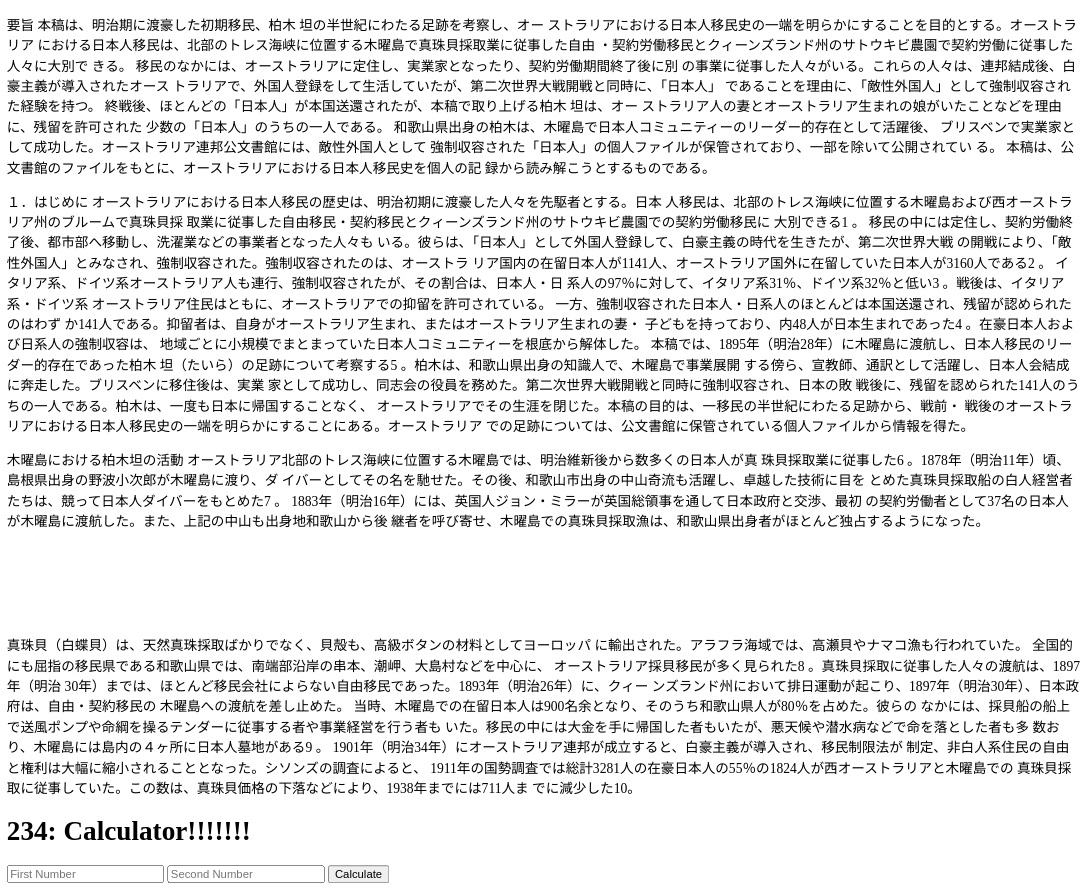
Repository: yoriss67/Folder-The-Complete-2023Web-Development-Bootcamp
Page: Calculator/index.html
The author's editor kept a copy of each file at every save. The page is drawn from the files as they stood at one save, then again after the next save.
The browser window is 1280 px wide. The pictures show the whole page, at 85% of full size.

Above is the page before, as saved 2022-12-22 15:56:32.

After the next save:
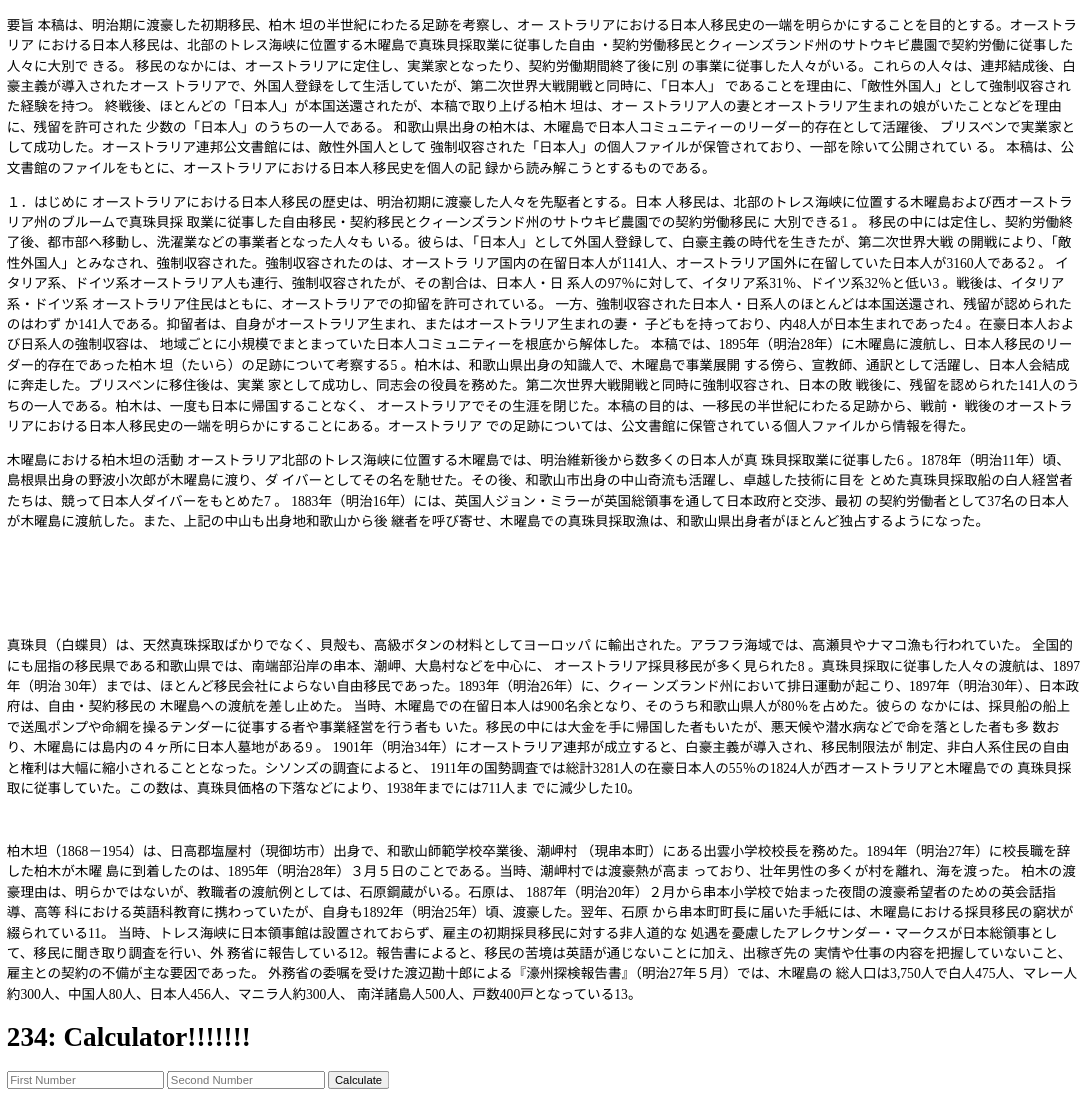
Saved 4 s later.
--- a/Calculator/index.html
+++ b/Calculator/index.html
@@ -96,7 +96,22 @@
         真珠貝採取に従事していた。この数は、真珠貝価格の下落などにより、1938年までには711人ま
         でに減少した10。 </p>
 
-
+        <br>
+        <p>柏木坦（1868－1954）は、日高郡塩屋村（現御坊市）出身で、和歌山師範学校卒業後、潮岬村
+            （現串本町）にある出雲小学校校長を務めた。1894年（明治27年）に校長職を辞した柏木が木曜
+            島に到着したのは、1895年（明治28年）３月５日のことである。当時、潮岬村では渡豪熱が高ま
+            っており、壮年男性の多くが村を離れ、海を渡った。
+             柏木の渡豪理由は、明らかではないが、教職者の渡航例としては、石原鋼蔵がいる。石原は、
+            1887年（明治20年）２月から串本小学校で始まった夜間の渡豪希望者のための英会話指導、高等
+            科における英語科教育に携わっていたが、自身も1892年（明治25年）頃、渡豪した。翌年、石原
+            から串本町町長に届いた手紙には、木曜島における採貝移民の窮状が綴られている11。
+             当時、トレス海峡に日本領事館は設置されておらず、雇主の初期採貝移民に対する非人道的な
+            処遇を憂慮したアレクサンダー・マークスが日本総領事として、移民に聞き取り調査を行い、外
+            務省に報告している12。報告書によると、移民の苦境は英語が通じないことに加え、出稼ぎ先の
+            実情や仕事の内容を把握していないこと、雇主との契約の不備が主な要因であった。
+             外務省の委嘱を受けた渡辺勘十郎による『濠州探検報告書』（明治27年５月）では、木曜島の
+            総人口は3,750人で白人475人、マレー人約300人、中国人80人、日本人456人、マニラ人約300人、
+            南洋諸島人500人、戸数400戸となっている13。 </p>
     <!-- defaultでその頁のトップに行く＝これ書かなくても一緒 -->
     <form action="index.html">
         <h1>234: Calculator!!!!!!!</h1>
